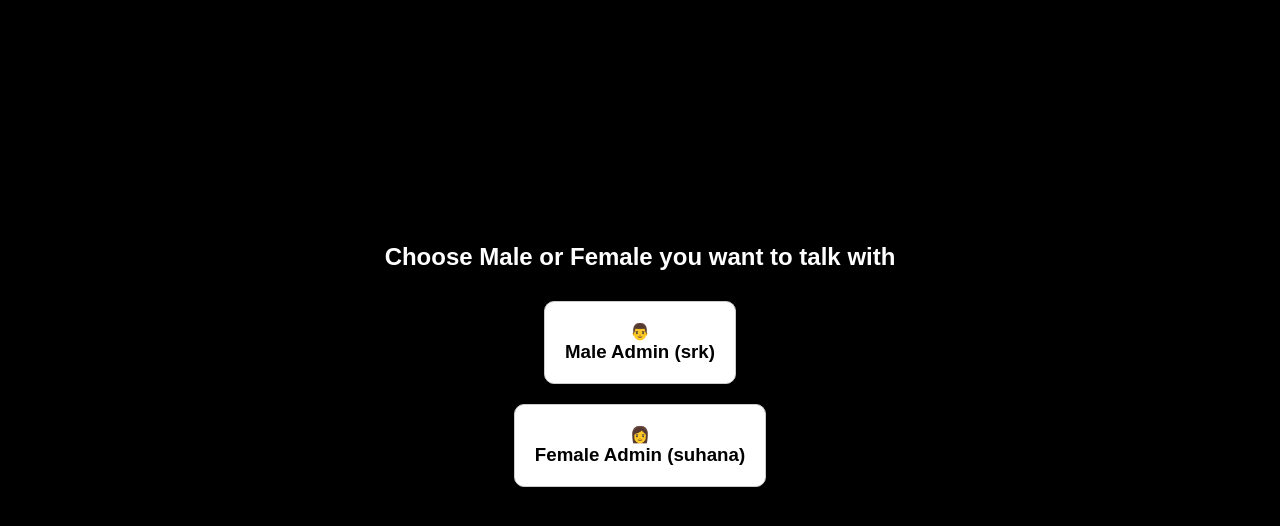
Repository: mdmisri/needy-talk
Page: /home (app in frontend/talk-d1/)
An editor plug-in stored every save of this project. The page is shown before and after a run of saves, followed by the edit.
The browser window is 1280 px wide. The pictures show the whole page.
The page's requests for data from a server got no answer. The project was rebuilt for these pictures with package versions that can differ from the ones it lists, and the page was loaded fresh each time. No one was signed in, and anything a server would have sent is missing. Also part of the build but not shown: frontend/talk-d1/src/components/Login/Login.js, frontend/talk-d1/src/components/Register/Register.js, frontend/talk-d1/src/conversationUtils.js, frontend/talk-d1/src/hooks/useConversation.js, frontend/talk-d1/src/components/Chat/styles/Message.css, frontend/talk-d1/src/components/Chat/Message.js, frontend/talk-d1/src/components/Chat/styles/ChatBox.css, frontend/talk-d1/src/components/Chat/ChatBox.js and 2 more.

Above is the page before, as saved 2024-07-29 05:00:35.

After the next 3 saves:
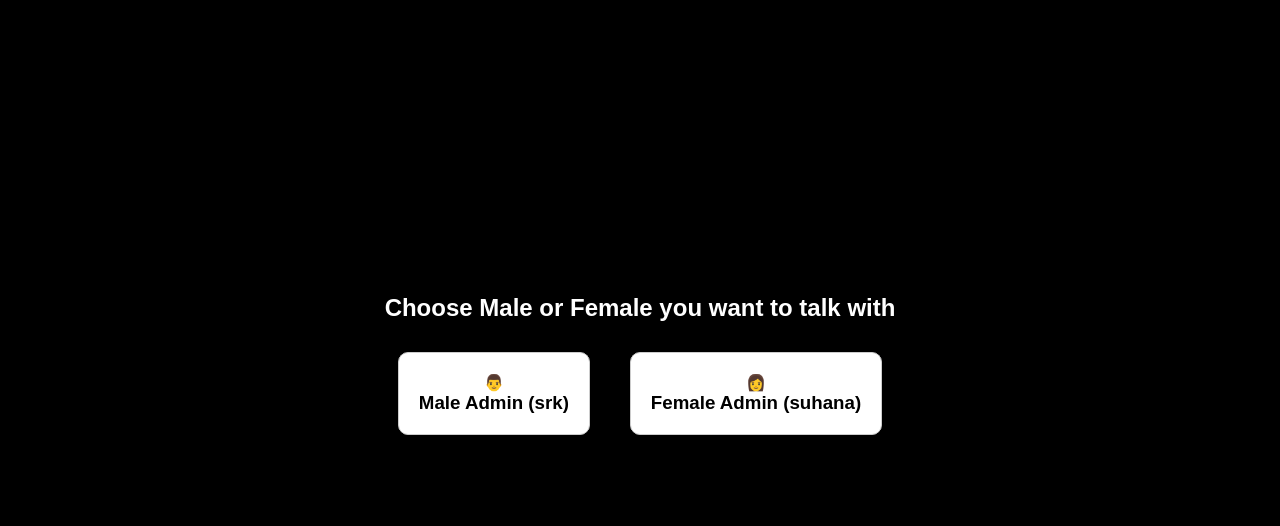
The 3 saves are shown as one change because 1 did not build or start and some came seconds apart.
The last was saved 77 s later.
--- a/frontend/talk-d1/src/components/Chat/AdminSelection.js
+++ b/frontend/talk-d1/src/components/Chat/AdminSelection.js
@@ -5,14 +5,15 @@ const AdminSelection = ({ onSelectAdmin }) => {
     return (
         <div className="admin-selection-container">
             <h2>Choose Male or Female you want to talk with</h2>
-
-            <div className="card" onClick={() => onSelectAdmin('srk')}>
-            <div className="card-icon">👨</div>
-                <h3>Male Admin (srk)</h3>
-            </div>
-            <div className="card" onClick={() => onSelectAdmin('suhana')}>
-            <div className="card-icon">👩</div>
-                <h3>Female Admin (suhana)</h3>
+            <div className="cards-wrapper">
+                <div className="card" onClick={() => onSelectAdmin('srk')}>
+                    <div className="card-icon">👨</div>
+                    <h3>Male Admin (srk)</h3>
+                </div>
+                <div className="card" onClick={() => onSelectAdmin('suhana')}>
+                    <div className="card-icon">👩</div>
+                    <h3>Female Admin (suhana)</h3>
+                </div>
             </div>
         </div>
     );
